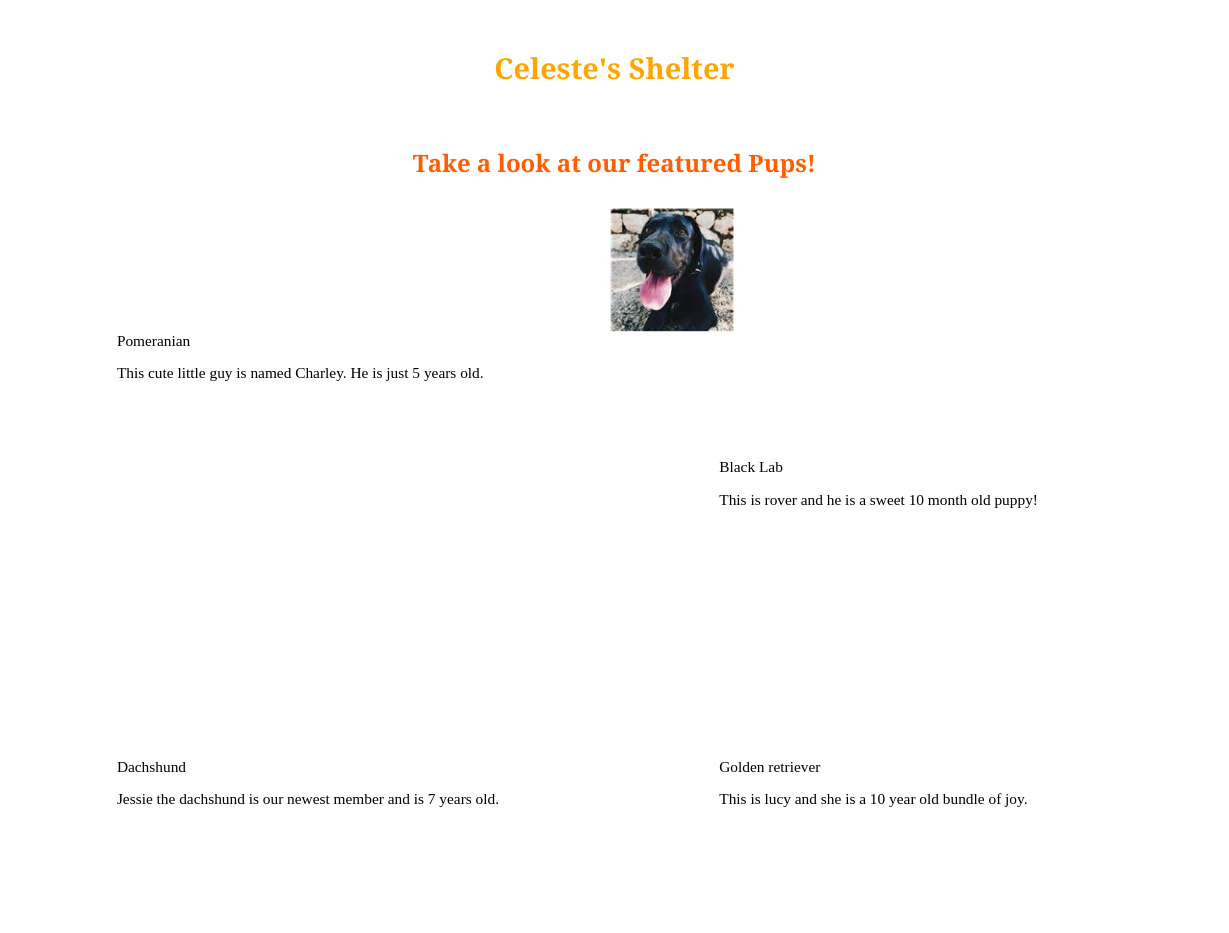
Repository: fieldceleste/animal-shelter
Page: animal-shelter.html
These files come from the project's save history. The page is drawn as it stood at one moment and after the next save; the edit follows.
The browser window is 1280 px wide. The pictures show the whole page, at 96% of full size.

Above is the page before, as saved 2019-10-30 18:44:54.

### animal-shelter.html
<!DOCTYPE html>
  <html>
   <head>
  <link href="css/styles.css" rel="stylesheet" type="text/css">
  <title>Celeste's Animal Shelter</title>
</head>
<body>
    <h1>Celeste's Shelter</h1>
<h2>Take a look at our featured Pups!</h2>

<div class="column">
<p>Pomeranian</p>
 <p>This cute little guy is named Charley. He is just 5 years old.</p>

</div>

<img src="img/lab.jpeg" alt="picture of lab."/>
<div class="column">
<p>Black Lab</p>
<p>This is rover and he is a sweet 10 month old puppy!</p>

</div>



<div class="column">
<p>Dachshund</p>
<p>Jessie the dachshund is our newest member and is 7 years old.</p>
</div>

<div class="column">
<p>Golden retriever</p>
<p>This is lucy and she is a 10 year old bundle of joy.</p>
</div>


</body>
</html>

### css/styles.css

h1{
    font-family: Georgia, 'Times New Roman', Times, serif;
    font-size: 30px;
    color: orange;
    padding: 30px;
    text-align: center;
}
h2{
    font-family: Georgia, 'Times New Roman', Times, serif;
    font-size: 25px;
    color: rgb(255, 94, 0);
    padding: 10px;
    text-align: center;
}
h4{
     color: rgb(67, 182, 67);
     font-size: 20px;
     text-align: left;

}

 .column{
    float:left;
    width:400px;
    padding: 9%;

}
img.lab{
    float:left;
}

After the next save:
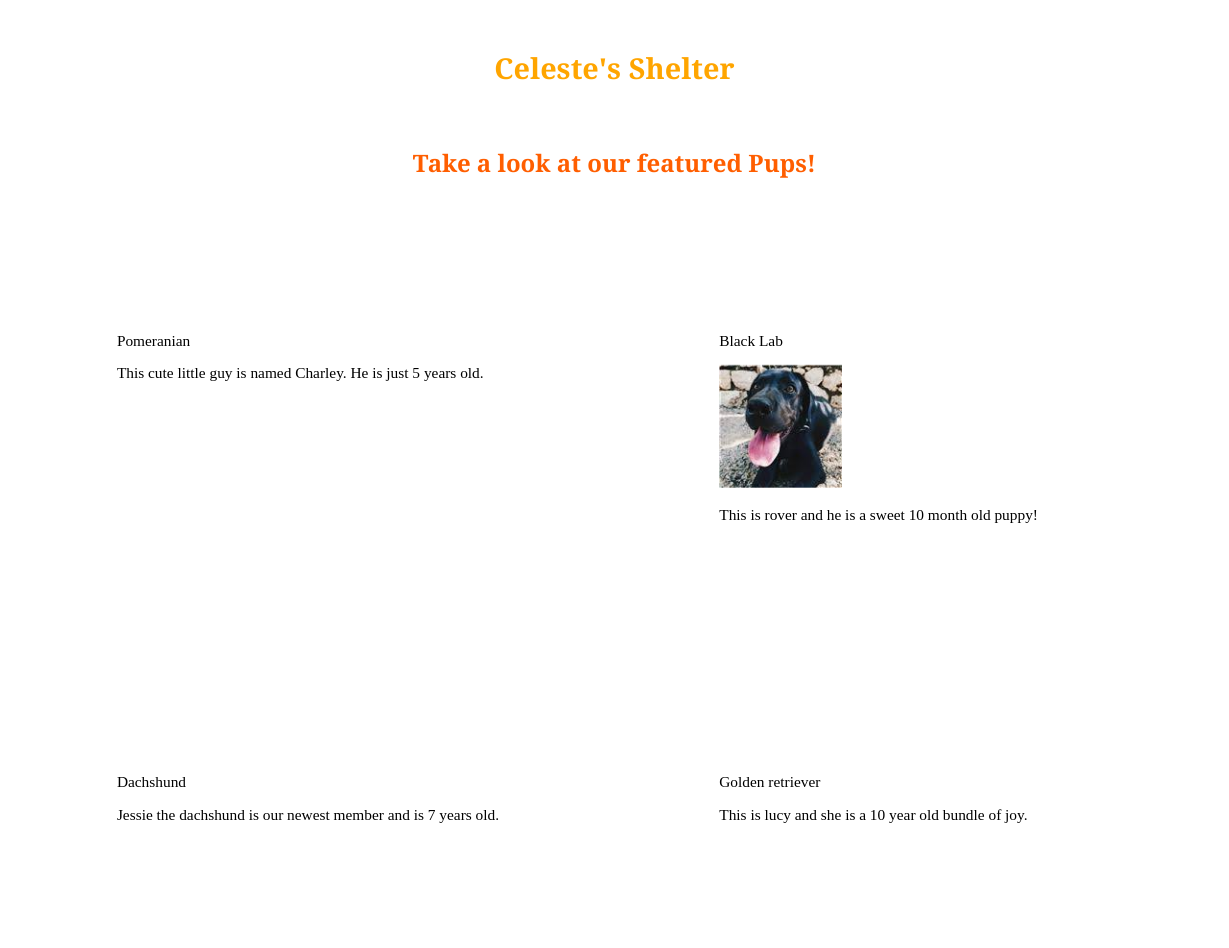
Saved 29 s later.
--- a/animal-shelter.html
+++ b/animal-shelter.html
@@ -14,9 +14,9 @@
 
 </div>
 
-<img src="img/lab.jpeg" alt="picture of lab."/>
 <div class="column">
 <p>Black Lab</p>
+<p><img src="img/lab.jpeg" alt="picture of lab."/></p>
 <p>This is rover and he is a sweet 10 month old puppy!</p>
 
 </div>
